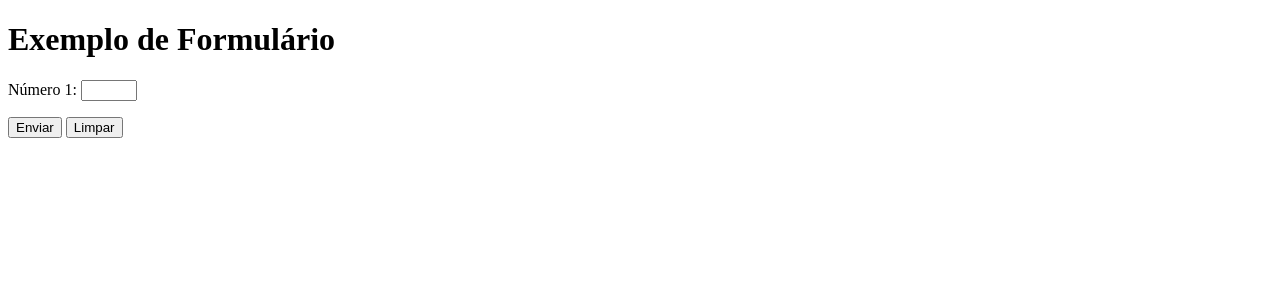
Repository: Codigo404q/html-css
Page: exercicios/ex025/form008.html
These files come from the project's save history. The page is drawn as it stood at one moment and after a run of saves; the edit follows.
The browser window is 1280 px wide. The pictures show the whole page.

Above is the page before, as saved 2024-01-31 21:27:33.

After the next 3 saves:
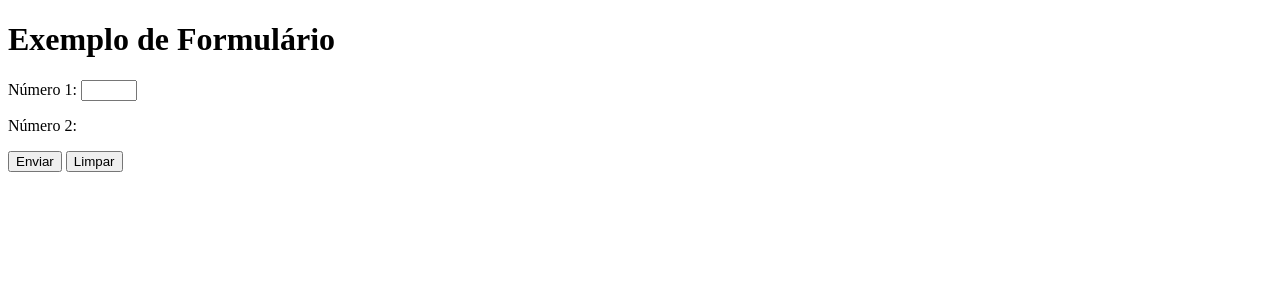
The 3 saves are shown as one change because they came seconds apart.
The last was saved 8 s later.
--- a/exercicios/ex025/form008.html
+++ b/exercicios/ex025/form008.html
@@ -13,7 +13,7 @@
         <input type="number" name="n1" id="in1" min="0" max="50" required oninput="isoma.innerHTML = Number(in1.value) + Number (in2.value)">
     </p>
     <p>
-        <label for="in2"></label>
+        <label for="in2">Número 2: </label>
     </p>
     <p>
         <input type="submit" value="Enviar">
